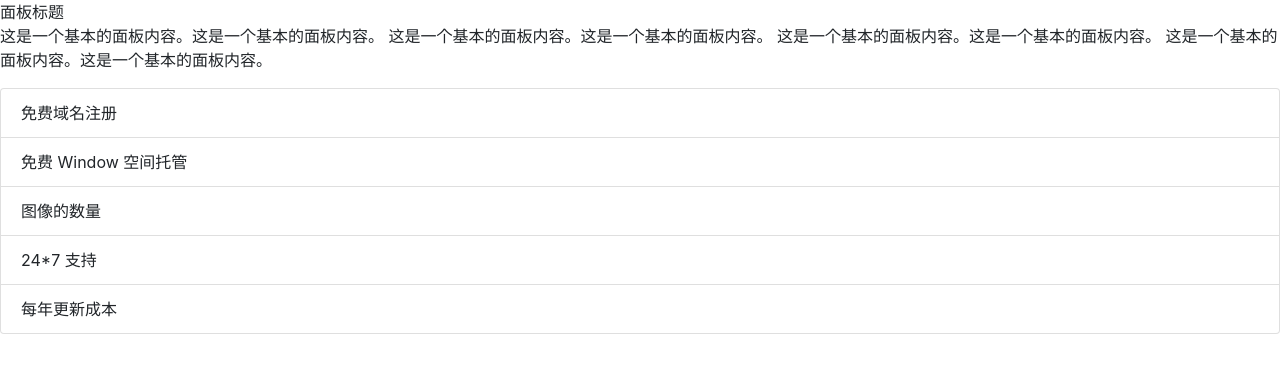
Repository: DHUAVH/Blog
Page: http://localhost/test.php
The author's editor kept a copy of each file at every save. The page is drawn from the files as they stood at one save, then again after the next save.
The browser window is 1280 px wide. The pictures show the whole page.
Some web libraries are served in a nearby version. The page is run by PHP 8.4 with error messages shown; the project is at /var/www/html/.

Above is the page before, as saved 2020-11-25 20:56:14.

After the next save:
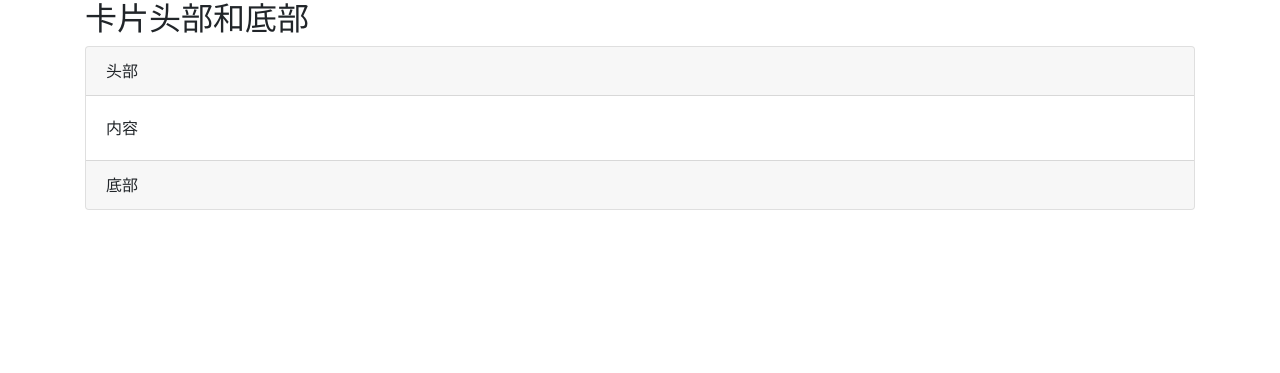
Saved 2 min 35 s later.
--- a/test.php
+++ b/test.php
@@ -1,32 +1,23 @@
 <!DOCTYPE html>
-<html lang="en">
+<html>
 <head>
-    <meta charset="UTF-8">
-    <meta name="viewport" content="width=device-width, initial-scale=1.0">
-    <link rel="stylesheet" href="https://cdn.staticfile.org/twitter-bootstrap/4.3.1/css/bootstrap.min.css">
-    <script src="https://cdn.staticfile.org/jquery/3.2.1/jquery.min.js"></script>
-    <script src="https://cdn.staticfile.org/popper.js/1.15.0/umd/popper.min.js"></script>
-    <script src="https://cdn.staticfile.org/twitter-bootstrap/4.3.1/js/bootstrap.min.js"></script>
-
+  <title>Bootstrap 实例</title>
+  <meta charset="utf-8">
+  <meta name="viewport" content="width=device-width, initial-scale=1">
+  <link rel="stylesheet" href="https://cdn.staticfile.org/twitter-bootstrap/4.3.1/css/bootstrap.min.css">
+  <script src="https://cdn.staticfile.org/jquery/3.2.1/jquery.min.js"></script>
+  <script src="https://cdn.staticfile.org/popper.js/1.15.0/umd/popper.min.js"></script>
+  <script src="https://cdn.staticfile.org/twitter-bootstrap/4.3.1/js/bootstrap.min.js"></script>
 </head>
 <body>
 
-<div class="panel panel-default">
-	<div class="panel-heading">面板标题</div>
-	<div class="panel-body">
-		<p>这是一个基本的面板内容。这是一个基本的面板内容。
-			这是一个基本的面板内容。这是一个基本的面板内容。
-			这是一个基本的面板内容。这是一个基本的面板内容。
-			这是一个基本的面板内容。这是一个基本的面板内容。
-		</p>
-	</div>
-	<ul class="list-group">
-		<li class="list-group-item">免费域名注册</li>
-		<li class="list-group-item">免费 Window 空间托管</li>
-		<li class="list-group-item">图像的数量</li>
-		<li class="list-group-item">24*7 支持</li>
-		<li class="list-group-item">每年更新成本</li>
-	</ul>
+<div class="container">
+  <h2>卡片头部和底部</h2>
+  <div class="card">
+    <div class="card-header">头部</div>
+    <div class="card-body">内容</div>
+    <div class="card-footer">底部</div>
+  </div>
 </div>
 
 </body>
